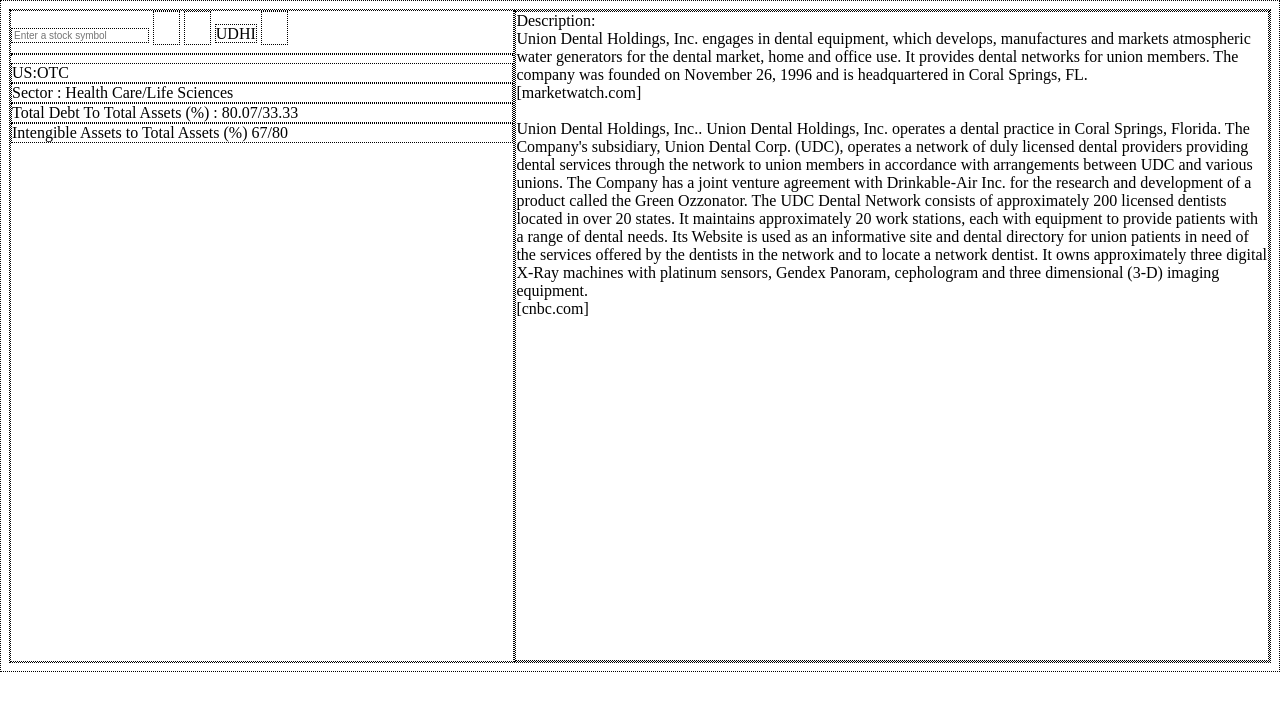
Repository: hadi4172/halal-stock-scanner
Page: popup.html
The author's editor kept a copy of each file at every save. The page is drawn from the files as they stood at one save, then again after the next save.
The browser window is 1280 px wide. The pictures show the whole page.

Above is the page before, as saved 2020-09-24 17:59:30.

### popup.html
<!DOCTYPE html>
<html>

<head>
    <title>Halal Stock Scanner</title>
    <meta charset="UTF-8">
    <script src="popup.js"></script>
    <link rel="stylesheet" href="font-awesome/font-awesome.min.css">
    <link rel="stylesheet" type="text/css" href="popup.css">
</head>

<body>
    <div id=left>
        <input id=input type=text maxlength=5 placeholder="Enter a stock symbol" />
        <i id=search-btn class="fa fa-trash fa-2x"></i>
        <i id=settings-btn class="fa fa-trash fa-2x"></i>
        <span id=symbol>UDHI</span>
        <i id=icon-is-correct-or-no class="fa fa-trash fa-2x"></i>
        <hr>
        <div id=market>US:OTC</div>
        <div id=sector>Sector : Health Care/Life Sciences</div>
        <div id=debt-to-assets>Total Debt To Total Assets (%) : 80.07/33.33</div>
        <div id=intengible-assets-to-total-assets>Intengible Assets to Total Assets (%) 67/80 </div>
    </div>

    <div id=right>
        <div id=description>
            Description: <br />
            Union Dental Holdings, Inc. engages in dental equipment, which develops, manufactures and markets atmospheric water generators for the dental market, home and office use. It provides dental networks for union members. The company was founded on November 26, 1996 and is headquartered in Coral Springs, FL.<br />
            [marketwatch.com]<br /><br />
            Union Dental Holdings, Inc.. Union Dental Holdings, Inc. operates a dental practice in Coral Springs, Florida. The Company's subsidiary, Union Dental Corp. (UDC), operates a network of duly licensed dental providers providing dental services through the network to union members in accordance with arrangements between UDC and various unions. The Company has a joint venture agreement with Drinkable-Air Inc. for the research and development of a product called the Green Ozzonator. The UDC Dental Network consists of approximately 200 licensed dentists located in over 20 states. It maintains approximately 20 work stations, each with equipment to provide patients with a range of dental needs. Its Website is used as an informative site and dental directory for union patients in need of the services offered by the dentists in the network and to locate a network dentist. It owns approximately three digital X-Ray machines with platinum sensors, Gendex Panoram, cephologram and three dimensional (3-D) imaging equipment.<br />
            [cnbc.com]
        </div>
    </div>
</body>

</html>

### popup.css
* {
    border: 1px black dotted;
}

body{
    display:flex;
}

#right{
    width:60%
}

#left{
    width:40%
}

#description{
    height: 90vh;
    overflow: auto;
}

#input{
    max-width: 70%;
    font-size: 10px;
}

Loaded but not shown: font-awesome/font-awesome.min.css (library); popup.js (no copy from this time; the picture is the same without it)

After the next save:
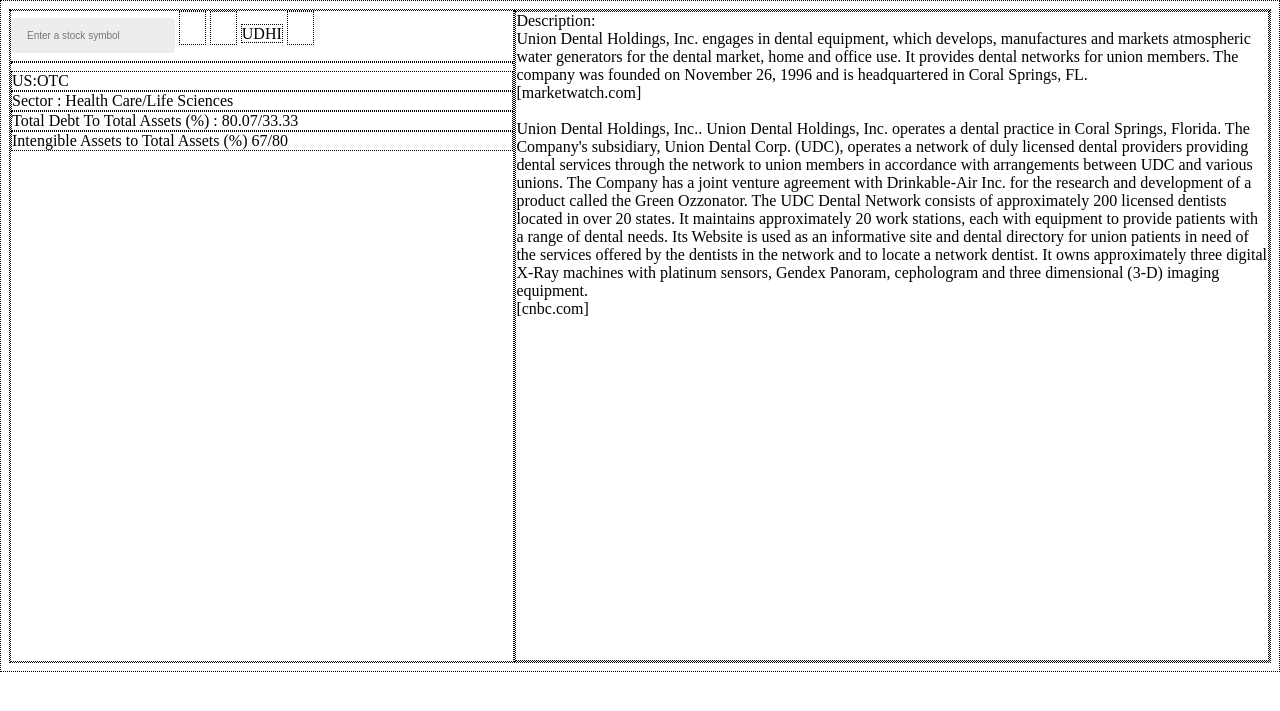
Saved 2 min 11 s later.
--- a/popup.css
+++ b/popup.css
@@ -22,4 +22,8 @@
 #input{
     max-width: 70%;
     font-size: 10px;
+    border: none;
+    background: hsl(0 0% 93%);
+    border-radius: .25rem;
+    padding: .75rem 1rem;
 }
